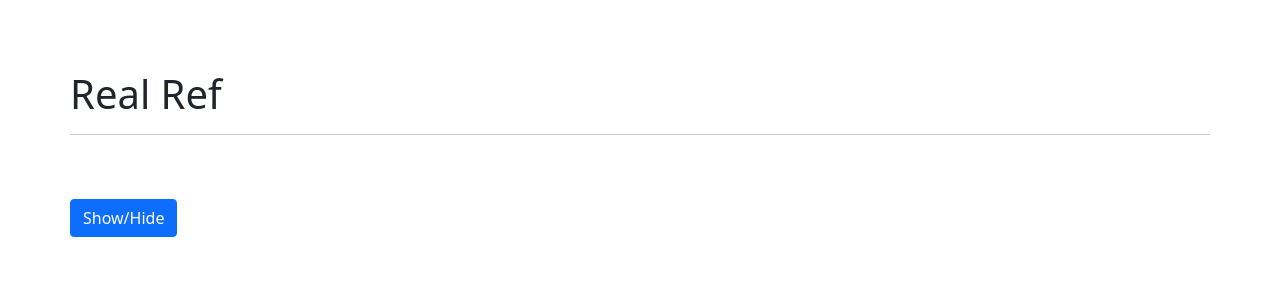
Repository: ppfeliuu/hooks-app
Page: /
These files come from the project's save history. The page is drawn as it stood at one moment and after the next save; the edit follows.
The browser window is 1280 px wide. The pictures show the whole page.
The page's requests for data from a server got no answer. The project was rebuilt for these pictures with package versions that can differ from the ones it lists, and the page was loaded fresh each time. No one was signed in, and anything a server would have sent is missing. Also part of the build but not shown: src/components/01-useState/CounterApp.js, src/components/01-useState/CounterWithCustomHook.js, src/hooks/useForm.js, src/components/02-useEffect/FormWithCustomHook.js, src/components/02-useEffect/Message.js, src/components/02-useEffect/SimpleForm.js, src/components/04-useRef/FocusScreen.js, src/components/03-examples/MultipleCustomHooks.js and 2 more.

Above is the page before, as saved 2021-05-29 22:56:36.

After the next save:
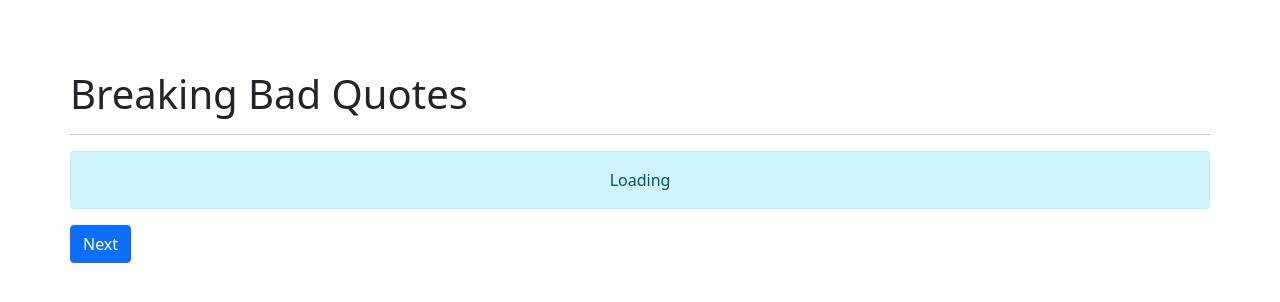
Saved 10 s later.
--- a/src/index.js
+++ b/src/index.js
@@ -6,7 +6,8 @@
 import { SimpleForm } from "./components/02-useEffect/SimpleForm";
 import { FocusScreen } from "./components/04-useRef/FocusScreen";
 import { RealExampleRef } from "./components/04-useRef/RealExampleRef";
+import { LayoutEffects } from "./components/05-useLayoutEffect/LayoutEffect";
 import { MultipleCustomHooks } from "./components/examples/MultipleCustomHooks";
 import { HookApp } from "./HookApp";
 
-ReactDOM.render(<RealExampleRef />, document.getElementById("root"));
+ReactDOM.render(<LayoutEffects />, document.getElementById("root"));
